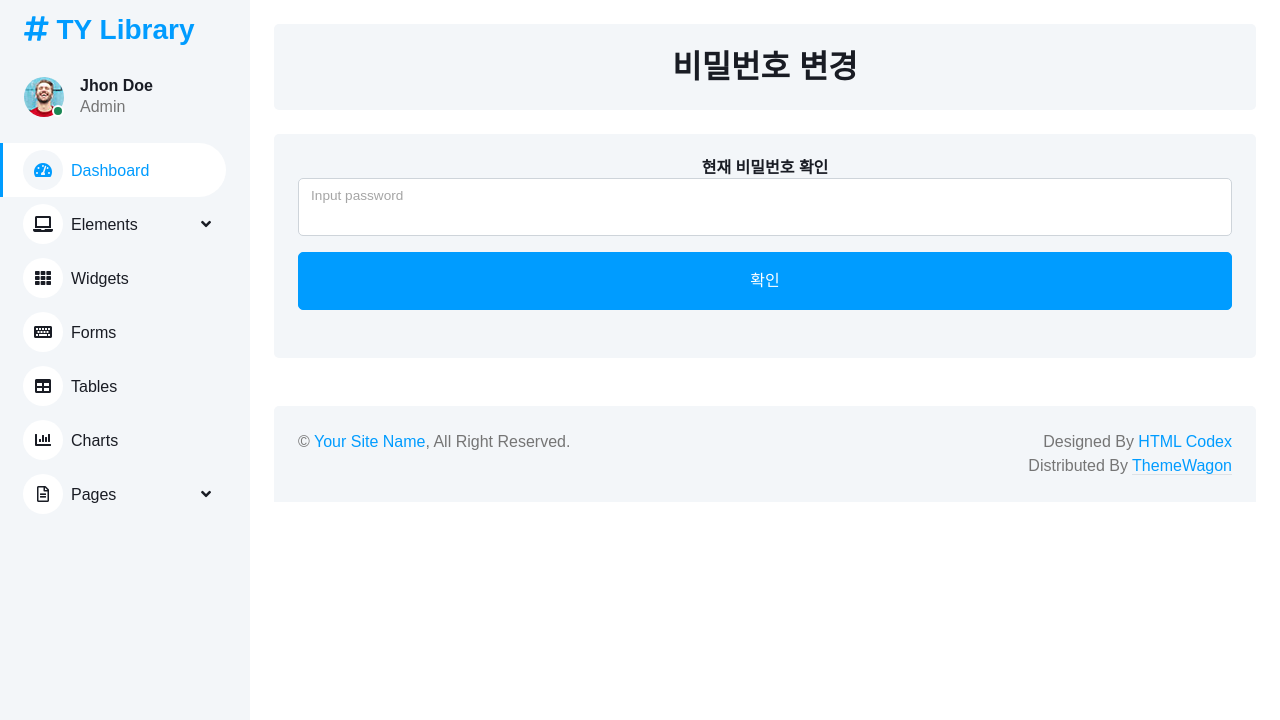
Repository: maryong2/myfirstgitproject
Page: http://localhost/library/WEB-INF/views/admin/user-passreset.jsp
The author's editor kept a copy of each file at every save. The page is drawn from the files as they stood at one save, then again after the next save.
The browser window is 1280 px wide. The pictures show the whole page.
Some web fonts or font styles are not loaded; a fallback is used. Some web libraries are served in a nearby version. The page is served by Tomcat 9. Nobody is signed in. Other server files are loaded and not shown. The template is opened directly, without the code that normally fills it, so the values that code supplies are empty.

Above is the page before, as saved 2023-11-27 05:22:40.
Console error: SyntaxError: missing ) after argument list

### library/src/main/webapp/WEB-INF/views/admin/user-passreset.jsp
<%@ page language="java" contentType="text/html; charset=UTF-8"
	pageEncoding="UTF-8"%>
<%@ taglib prefix="c" uri="http://java.sun.com/jsp/jstl/core"%>
<!DOCTYPE html>
<html lang="en">

<head>
<meta charset="utf-8">
<title>DASHMIN - Bootstrap Admin Template</title>
<meta content="width=device-width, initial-scale=1.0" name="viewport">
<meta content="" name="keywords">
<meta content="" name="description">

<!-- Favicon -->
<link href="img/favicon.ico" rel="icon">

<!-- Google Web Fonts -->
<link rel="preconnect" href="https://fonts.googleapis.com">
<link rel="preconnect" href="https://fonts.gstatic.com" crossorigin>
<link
	href="https://fonts.googleapis.com/css2?family=Heebo:wght@400;500;600;700&display=swap"
	rel="stylesheet">

<!-- Icon Font Stylesheet -->
<link
	href="https://cdnjs.cloudflare.com/ajax/libs/font-awesome/5.10.0/css/all.min.css"
	rel="stylesheet">
<link
	href="https://cdn.jsdelivr.net/npm/bootstrap-icons@1.4.1/font/bootstrap-icons.css"
	rel="stylesheet">

<!-- Libraries Stylesheet -->
<link href="/lib/owlcarousel/assets/owl.carousel.min.css"
	rel="stylesheet">
<link href="/lib/tempusdominus/css/tempusdominus-bootstrap-4.min.css"
	rel="stylesheet" />

<!-- Customized Bootstrap Stylesheet -->
<link href="/css/bootstrap.min.css" rel="stylesheet">

<!-- Template Stylesheet -->
<link href="/css/style.css" rel="stylesheet">
</head>

<body>
	<div class="container-xxl position-relative bg-white d-flex p-0">
		<!-- Spinner Start -->
		<div id="spinner"
			class="show bg-white position-fixed translate-middle w-100 vh-100 top-50 start-50 d-flex align-items-center justify-content-center">
			<div class="spinner-border text-primary"
				style="width: 3rem; height: 3rem;" role="status">
				<span class="sr-only">Loading...</span>
			</div>
		</div>
		<!-- Spinner End -->


		<!-- Sidebar Start -->
		<div class="sidebar pe-4 pb-3">
			<nav class="navbar bg-light navbar-light">
				<a href="/tylibrary/admin" class="navbar-brand mx-4 mb-3">
					<h3 class="text-primary">
						<i class="fa fa-hashtag me-2"></i>TY Library
					</h3>
				</a>
				<div class="d-flex align-items-center ms-4 mb-4">
					<div class="position-relative">
						<img class="rounded-circle" src="/img/user.jpg" alt=""
							style="width: 40px; height: 40px;">
						<div
							class="bg-success rounded-circle border border-2 border-white position-absolute end-0 bottom-0 p-1"></div>
					</div>
					<div class="ms-3">
						<h6 class="mb-0">Jhon Doe</h6>
						<span>Admin</span>
					</div>
				</div>
				<div class="navbar-nav w-100">
					<a href="/tylibrary/admin" class="nav-item nav-link active"><i
						class="fa fa-tachometer-alt me-2"></i>Dashboard</a>
					<div class="nav-item dropdown">
						<a href="#" class="nav-link dropdown-toggle"
							data-bs-toggle="dropdown"><i class="fa fa-laptop me-2"></i>Elements</a>
						<div class="dropdown-menu bg-transparent border-0">
							<a href="button.html" class="dropdown-item">Buttons</a> <a
								href="typography.html" class="dropdown-item">Typography</a> <a
								href="element.html" class="dropdown-item">Other Elements</a>
						</div>
					</div>
					<a href="widget.html" class="nav-item nav-link"><i
						class="fa fa-th me-2"></i>Widgets</a> <a href="form.html"
						class="nav-item nav-link"><i class="fa fa-keyboard me-2"></i>Forms</a>
					<a href="table.html" class="nav-item nav-link"><i
						class="fa fa-table me-2"></i>Tables</a> <a href="chart.html"
						class="nav-item nav-link"><i class="fa fa-chart-bar me-2"></i>Charts</a>
					<div class="nav-item dropdown">
						<a href="#" class="nav-link dropdown-toggle"
							data-bs-toggle="dropdown"><i class="far fa-file-alt me-2"></i>Pages</a>
						<div class="dropdown-menu bg-transparent border-0">
							<a href="signin.html" class="dropdown-item">Sign In</a> <a
								href="signup.html" class="dropdown-item">Sign Up</a> <a
								href="404.html" class="dropdown-item">404 Error</a> <a
								href="blank.html" class="dropdown-item">Blank Page</a>
						</div>
					</div>
				</div>
			</nav>
		</div>
		<!-- Sidebar End -->


		<!-- Content Start -->
		<div class="content">
			<!-- Navbar Start -->
			<nav
				class="navbar navbar-expand bg-light navbar-light sticky-top px-4 py-0">
				<a href="/tylibrary/admin"
					class="navbar-brand d-flex d-lg-none me-4">
					<h2 class="text-primary mb-0">TY Library</h2>
				</a>
			</nav>
			<!-- Navbar End -->


			<!-- Sale & Revenue Start -->
			<div class="container-fluid pt-4 px-4">
				<div class="row g-4">
					<div class="col-sm-12 col-xl-12">
						<div class="bg-light rounded d-md-flex align-items-center p-4">
							<div style="margin: auto">
								<h2 class="mb-0 text-center"
									style="item-align: center !important;">비밀번호 변경</h2>
							</div>
						</div>
					</div>
				</div>
			</div>
			<!-- Sale & Revenue End -->


			<!-- Sales Chart Start -->
			<div class="container-fluid pt-4 px-4">
				<div class="row g-4">



					<!-- Sales Chart End -->
					<div class="col-12">
						<div class="bg-light text-center rounded p-4">
							<h6 class="mb-0" id ="title">현재 비밀번호 확인</h6>
							<div class="table-responsive">
								<div class="form-floating mb-3">
									<input type="text" class="form-control" id="password" name="password">
									<label for="password">Input password</label><span
										id="result_password" style="font-size: 12px"></span>
								</div>
								<div class="form-floating mb-3" style="display:none" id="passdiv">
									<input type="text" class="form-control" id="passwordCheck" name="passwordCheck">
									<label for="e_id">Input password check</label><span
										id="result_checkpassword" style="font-size: 12px"></span>
								</div>
								<button type="submit" class="btn btn-primary py-3 w-100 mb-4"
									id="pass-check">확인</button>
							</div>
						</div>
					</div>


					<div class="col-sm-12 col-xl-12" id="stock-finish">

					</div>
				</div>
			</div>
			<!-- Footer Start -->

			<div class="container-fluid pt-4 px-4">
				<div class="bg-light rounded-top p-4">
					<div class="row">
						<div class="col-12 col-sm-6 text-center text-sm-start">
							&copy; <a href="#">Your Site Name</a>, All Right Reserved.
						</div>
						<div class="col-12 col-sm-6 text-center text-sm-end">
							<!--/*** This template is free as long as you keep the footer author’s credit link/attribution link/backlink. If you'd like to use the template without the footer author’s credit link/attribution link/backlink, you can purchase the Credit Removal License from "https://htmlcodex.com/credit-removal". Thank you for your support. ***/-->
							Designed By <a href="https://htmlcodex.com">HTML Codex</a> </br>
							Distributed By <a class="border-bottom"
								href="https://themewagon.com" target="_blank">ThemeWagon</a>
						</div>
					</div>
				</div>
			</div>
			<!-- Footer End -->
		</div>
		<!-- Content End -->


		<!-- Back to Top -->
	</div>
	<script type="text/javascript">
	let state=0;
	$('#pass-check').click(function() {
		if(state == 0){
			console.log('2222')
			let password = $('#password').val();
			$.ajax({
			    url: 'passwordChange',
			    type: 'POST',
			    data: {
			    	password : password
			    },
			    success: function(response) {
			        if(response == 1){
			        	state = 1;
			        	$('#title').text('바꿀 비밀번호 확인');
			        	$('#passdiv').css('display', 'block');
			        }else {
			        	$("result_password").html("잘못된 입력입니다").css("color", "red");
			        }
			    },
			    error: function(xhr, status, error) {
			        // 요청이 실패한 경우 실행할 함수
			        console.error('Error:', error);
			        // 오류 메시지를 표시하거나 다른 조치를 취할 수 있음
			    }
			});
		}else if (state == 1){
			$.ajax({
			    url: 'your_url_here',
			    type: 'GET',
			    dataType: 'json',
			    data: {
			        key1: 'value1',
			        key2: 'value2'
			    },
			    success: function(response) {

			        console.log('Success:', response);

			    },
			    error: function(xhr, status, error) {

			        console.error('Error:', error);

			    }
			});
		}
	}
	</script>

	<!-- JavaScript Libraries -->
	<script src="https://code.jquery.com/jquery-3.4.1.min.js"></script>
	<script
		src="https://cdn.jsdelivr.net/npm/bootstrap@5.0.0/dist/js/bootstrap.bundle.min.js"></script>
	<script src="/lib/chart/chart.min.js"></script>
	<script src="/lib/easing/easing.min.js"></script>
	<script src="/lib/waypoints/waypoints.min.js"></script>
	<script src="/lib/owlcarousel/owl.carousel.min.js"></script>
	<script src="/lib/tempusdominus/js/moment.min.js"></script>
	<script src="/lib/tempusdominus/js/moment-timezone.min.js"></script>
	<script src="/lib/tempusdominus/js/tempusdominus-bootstrap-4.min.js"></script>

	<!-- Template Javascript -->
	<script src="/js/main.js"></script>
</body>

</html>

### library/src/main/resources/static/css/style.css
/********** Template CSS **********/
:root {
    --primary: #009CFF;
    --light: #F3F6F9;
    --dark: #191C24;
}

.back-to-top {
    position: fixed;
    display: none;
    right: 45px;
    bottom: 45px;
    z-index: 99;
}


/*** Spinner ***/
#spinner {
    opacity: 0;
    visibility: hidden;
    transition: opacity .5s ease-out, visibility 0s linear .5s;
    z-index: 99999;
}

#spinner.show {
    transition: opacity .5s ease-out, visibility 0s linear 0s;
    visibility: visible;
    opacity: 1;
}


/*** Button ***/
.btn {
    transition: .5s;
}

.btn.btn-primary {
    color: #FFFFFF;
}

.btn-square {
    width: 38px;
    height: 38px;
}

.btn-sm-square {
    width: 32px;
    height: 32px;
}

.btn-lg-square {
    width: 48px;
    height: 48px;
}

.btn-square,
.btn-sm-square,
.btn-lg-square {
    padding: 0;
    display: inline-flex;
    align-items: center;
    justify-content: center;
    font-weight: normal;
    border-radius: 50px;
}


/*** Layout ***/
.sidebar {
    position: fixed;
    top: 0;
    left: 0;
    bottom: 0;
    width: 250px;
    height: 100vh;
    overflow-y: auto;
    background: var(--light);
    transition: 0.5s;
    z-index: 999;
}

.content {
    margin-left: 250px;
    min-height: 100vh;
    background: #FFFFFF;
    transition: 0.5s;
}

@media (min-width: 992px) {
    .sidebar {
        margin-left: 0;
    }

    .sidebar.open {
        margin-left: -250px;
    }

    .content {
        width: calc(100% - 250px);
    }

    .content.open {
        width: 100%;
        margin-left: 0;
    }
}

@media (max-width: 991.98px) {
    .sidebar {
        margin-left: -250px;
    }

    .sidebar.open {
        margin-left: 0;
    }

    .content {
        width: 100%;
        margin-left: 0;
    }
}


/*** Navbar ***/
.sidebar .navbar .navbar-nav .nav-link {
    padding: 7px 20px;
    color: var(--dark);
    font-weight: 500;
    border-left: 3px solid var(--light);
    border-radius: 0 30px 30px 0;
    outline: none;
}

.sidebar .navbar .navbar-nav .nav-link:hover,
.sidebar .navbar .navbar-nav .nav-link.active {
    color: var(--primary);
    background: #FFFFFF;
    border-color: var(--primary);
}

.sidebar .navbar .navbar-nav .nav-link i {
    width: 40px;
    height: 40px;
    display: inline-flex;
    align-items: center;
    justify-content: center;
    background: #FFFFFF;
    border-radius: 40px;
}

.sidebar .navbar .navbar-nav .nav-link:hover i,
.sidebar .navbar .navbar-nav .nav-link.active i {
    background: var(--light);
}

.sidebar .navbar .dropdown-toggle::after {
    position: absolute;
    top: 15px;
    right: 15px;
    border: none;
    content: "\f107";
    font-family: "Font Awesome 5 Free";
    font-weight: 900;
    transition: .5s;
}

.sidebar .navbar .dropdown-toggle[aria-expanded=true]::after {
    transform: rotate(-180deg);
}

.sidebar .navbar .dropdown-item {
    padding-left: 25px;
    border-radius: 0 30px 30px 0;
}

.content .navbar .navbar-nav .nav-link {
    margin-left: 25px;
    padding: 12px 0;
    color: var(--dark);
    outline: none;
}

.content .navbar .navbar-nav .nav-link:hover,
.content .navbar .navbar-nav .nav-link.active {
    color: var(--primary);
}

.content .navbar .sidebar-toggler,
.content .navbar .navbar-nav .nav-link i {
    width: 40px;
    height: 40px;
    display: inline-flex;
    align-items: center;
    justify-content: center;
    background: #FFFFFF;
    border-radius: 40px;
}

.content .navbar .dropdown-toggle::after {
    margin-left: 6px;
    vertical-align: middle;
    border: none;
    content: "\f107";
    font-family: "Font Awesome 5 Free";
    font-weight: 900;
    transition: .5s;
}

.content .navbar .dropdown-toggle[aria-expanded=true]::after {
    transform: rotate(-180deg);
}

@media (max-width: 575.98px) {
    .content .navbar .navbar-nav .nav-link {
        margin-left: 15px;
    }
}


/*** Date Picker ***/
.bootstrap-datetimepicker-widget.bottom {
    top: auto !important;
}

.bootstrap-datetimepicker-widget .table * {
    border-bottom-width: 0px;
}

.bootstrap-datetimepicker-widget .table th {
    font-weight: 500;
}

.bootstrap-datetimepicker-widget.dropdown-menu {
    padding: 10px;
    border-radius: 2px;
}

.bootstrap-datetimepicker-widget table td.active,
.bootstrap-datetimepicker-widget table td.active:hover {
    background: var(--primary);
}

.bootstrap-datetimepicker-widget table td.today::before {
    border-bottom-color: var(--primary);
}


/*** Testimonial ***/
.progress .progress-bar {
    width: 0px;
    transition: 2s;
}


/*** Testimonial ***/
.testimonial-carousel .owl-dots {
    margin-top: 24px;
    display: flex;
    align-items: flex-end;
    justify-content: center;
}

.testimonial-carousel .owl-dot {
    position: relative;
    display: inline-block;
    margin: 0 5px;
    width: 15px;
    height: 15px;
    border: 5px solid var(--primary);
    border-radius: 15px;
    transition: .5s;
}

.testimonial-carousel .owl-dot.active {
    background: var(--dark);
    border-color: var(--primary);
}

Loaded but not shown: library/src/main/resources/static/lib/owlcarousel/assets/owl.carousel.min.css (common file); library/src/main/resources/static/lib/tempusdominus/css/tempusdominus-bootstrap-4.min.css (library); library/src/main/resources/static/css/bootstrap.min.css (library); library/src/main/resources/static/lib/chart/chart.min.js (library); library/src/main/resources/static/lib/easing/easing.min.js (common file); library/src/main/resources/static/lib/waypoints/waypoints.min.js (library); library/src/main/resources/static/lib/owlcarousel/owl.carousel.min.js (library); library/src/main/resources/static/lib/tempusdominus/js/moment.min.js (library); library/src/main/resources/static/lib/tempusdominus/js/moment-timezone.min.js (library); library/src/main/resources/static/lib/tempusdominus/js/tempusdominus-bootstrap-4.min.js (library); library/src/main/resources/static/js/main.js (243 lines, source omitted)

After the next save:
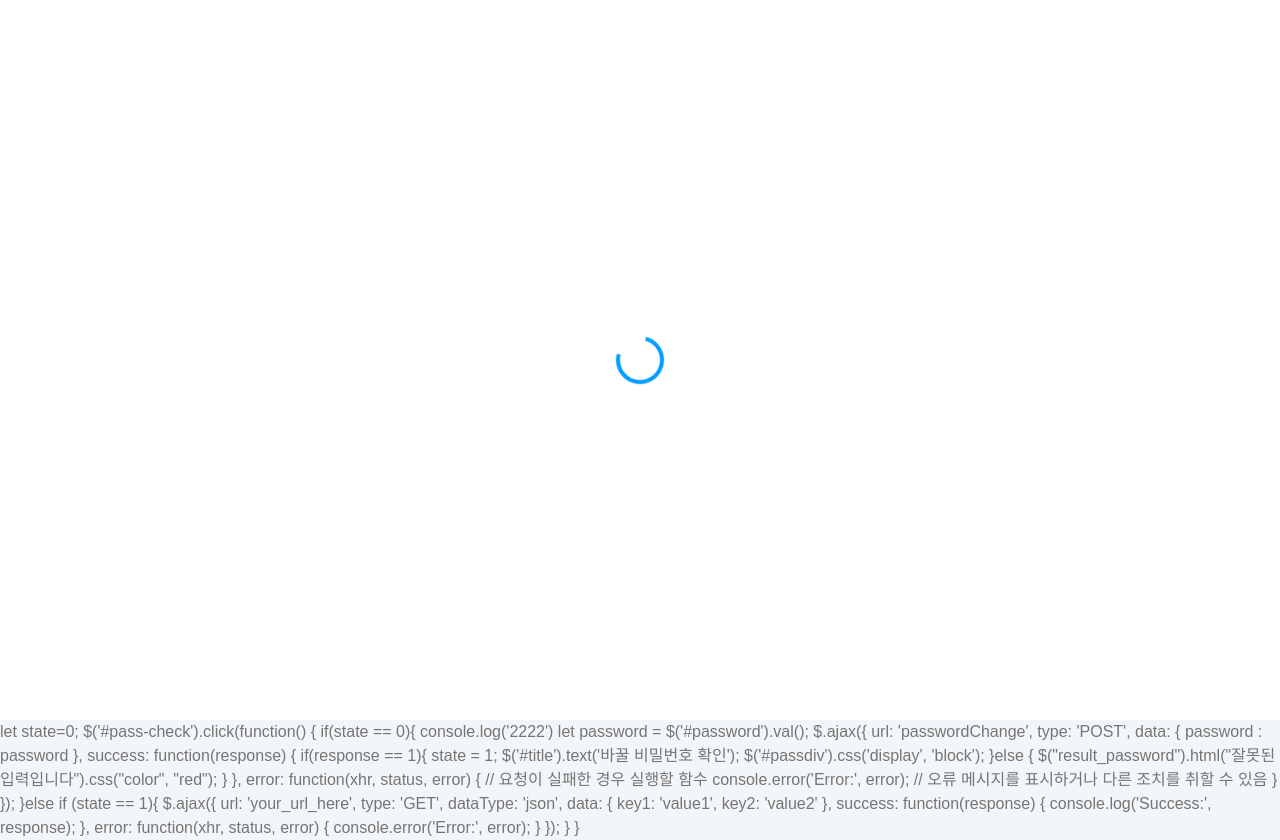
Console error: SyntaxError: Unexpected token '<'
Saved 39 s later.
--- a/library/src/main/webapp/WEB-INF/views/admin/user-passreset.jsp
+++ b/library/src/main/webapp/WEB-INF/views/admin/user-passreset.jsp
@@ -196,6 +196,7 @@
 		<!-- Back to Top -->
 	</div>
 	<script type="text/javascript">
+	<script src="https://code.jquery.com/jquery-3.4.1.min.js"></script>
 	let state=0;
 	$('#pass-check').click(function() {
 		if(state == 0){
@@ -247,7 +248,7 @@
 	</script>
 
 	<!-- JavaScript Libraries -->
-	<script src="https://code.jquery.com/jquery-3.4.1.min.js"></script>
+
 	<script
 		src="https://cdn.jsdelivr.net/npm/bootstrap@5.0.0/dist/js/bootstrap.bundle.min.js"></script>
 	<script src="/lib/chart/chart.min.js"></script>

After the save that followed:
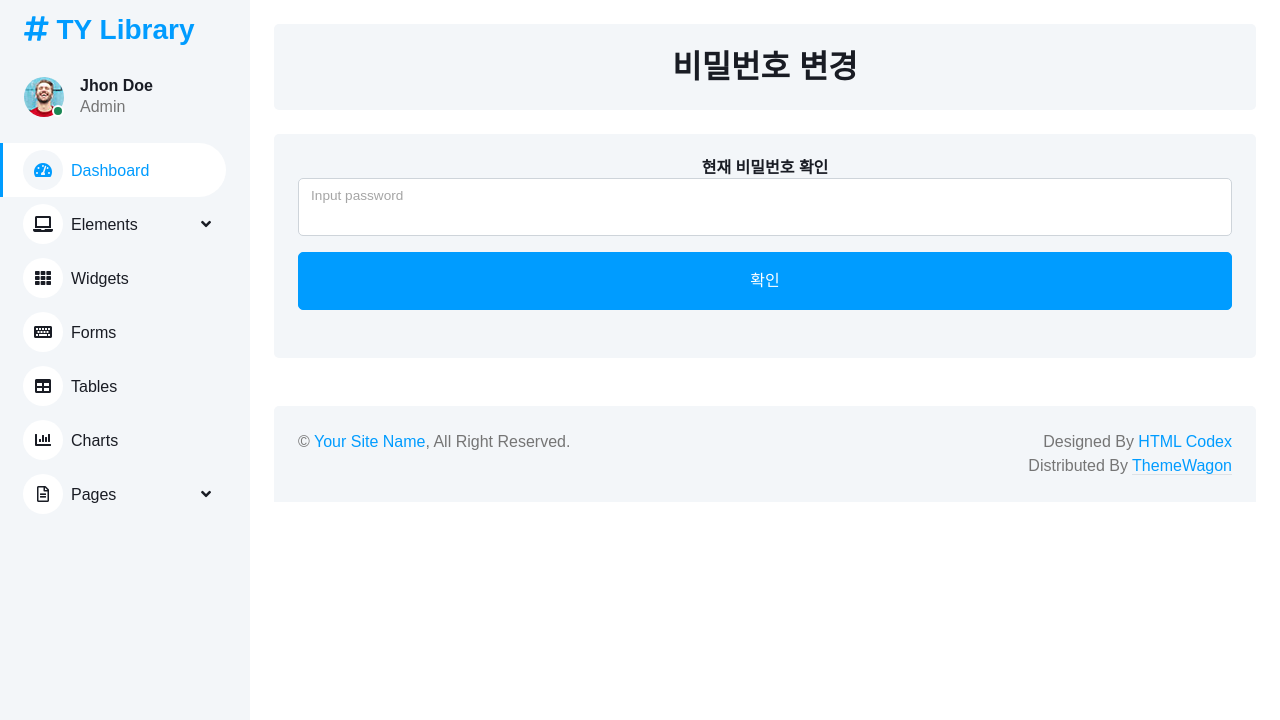
Console error: SyntaxError: missing ) after argument list
Saved 5 s later.
--- a/library/src/main/webapp/WEB-INF/views/admin/user-passreset.jsp
+++ b/library/src/main/webapp/WEB-INF/views/admin/user-passreset.jsp
@@ -195,8 +195,9 @@
 
 		<!-- Back to Top -->
 	</div>
+	<script src="https://code.jquery.com/jquery-3.4.1.min.js"></script>
 	<script type="text/javascript">
-	<script src="https://code.jquery.com/jquery-3.4.1.min.js"></script>
+
 	let state=0;
 	$('#pass-check').click(function() {
 		if(state == 0){
